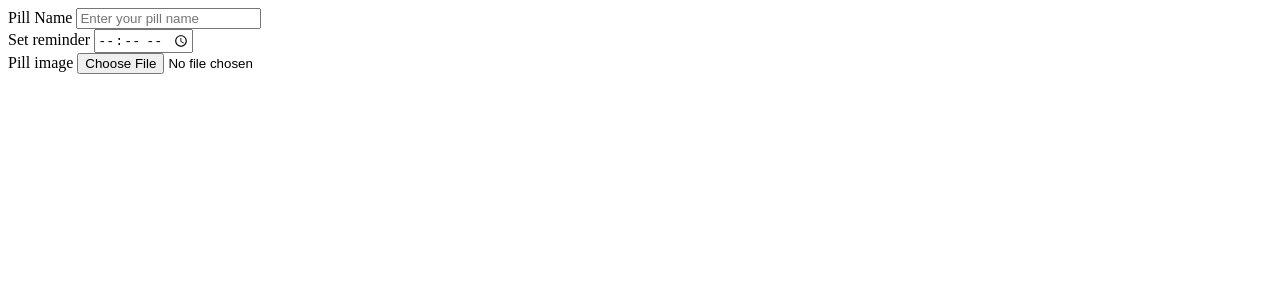
Repository: sarveshv9/Pill-Dispenser-Alert
Page: pill.html
These files come from the project's save history. The page is drawn as it stood at one moment and after the next save; the edit follows.
The browser window is 1280 px wide. The pictures show the whole page.

Above is the page before, as saved 2025-02-22 16:50:00.

After the next save:
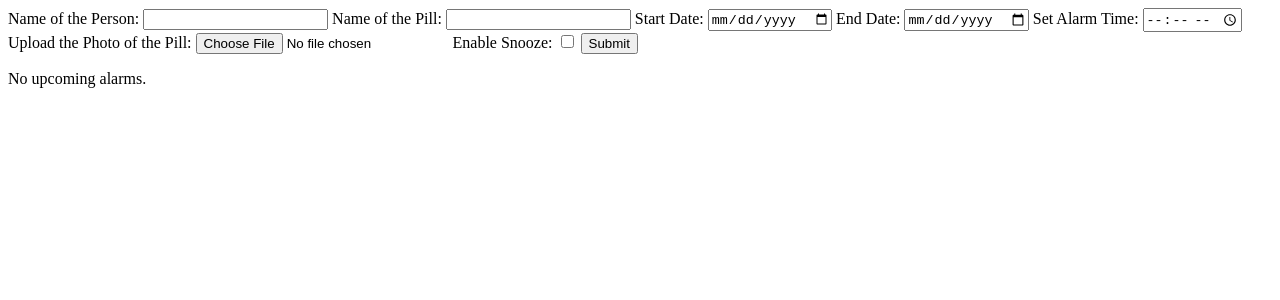
Not found: script.js
Saved 13 days later.
--- a/pill.html
+++ b/pill.html
@@ -1,19 +1,39 @@
-<!DOCTYPE html>
-<html lang="en">
-<head>
-    <meta charset="UTF-8">
-    <meta name="viewport" content="width=device-width, initial-scale=1.0">
-    <title>Pill dispenser alert system </title>
-</head>
-<body>
-   <form>
-    <label for="pillname"> Pill Name</label>
-    <input type="text" id="pillname" name="name" placeholder="Enter your pill name "><br>
-    <label for="pilltime">Set reminder</label>
-    <input type="time" id="pilltime" name="time" required><br>
-    <label for="pillimage">Pill image</label>
-    <input type="file" id="pillimage" name="image" accept="image/*"><br>
 
-   </form>
-</body>
-</html>
+<form id="pillForm">
+    <label>Name of the Person:</label>
+    <input type="text" id="name" required>
+
+    <label>Name of the Pill:</label>
+    <input type="text" id="pillName" required>
+
+    <label>Start Date:</label>
+    <input type="date" id="startDate" required>
+
+    <label>End Date:</label>
+    <input type="date" id="endDate" required>
+
+    <label>Set Alarm Time:</label>
+    <input type="time" id="alarmTime" required>
+
+    <label>Upload the Photo of the Pill:</label>
+    <input type="file" id="pillPhoto" accept="image/*">
+
+    <label>Enable Snooze:</label>
+    <input type="checkbox" id="snooze">
+
+    <button type="submit">Submit</button>
+</form>
+
+<p id="error-message"></p>
+
+<!-- Display Upcoming Alarm -->
+<p id="upcoming-alarm">No upcoming alarms.</p>
+
+<!-- Alarm Notification Box with Pill Image -->
+<div id="alarm-box" style="display:none; background: #ffcc00; padding: 20px; text-align: center;">
+    <h2>Time to take your pill!</h2>
+    <img id="pill-image" src="" alt="Pill Image" style="display:none; max-width: 100px; max-height: 100px;">
+    <button id="stopAlarm">Done</button>
+</div>
+
+<script src="script.js"></script
